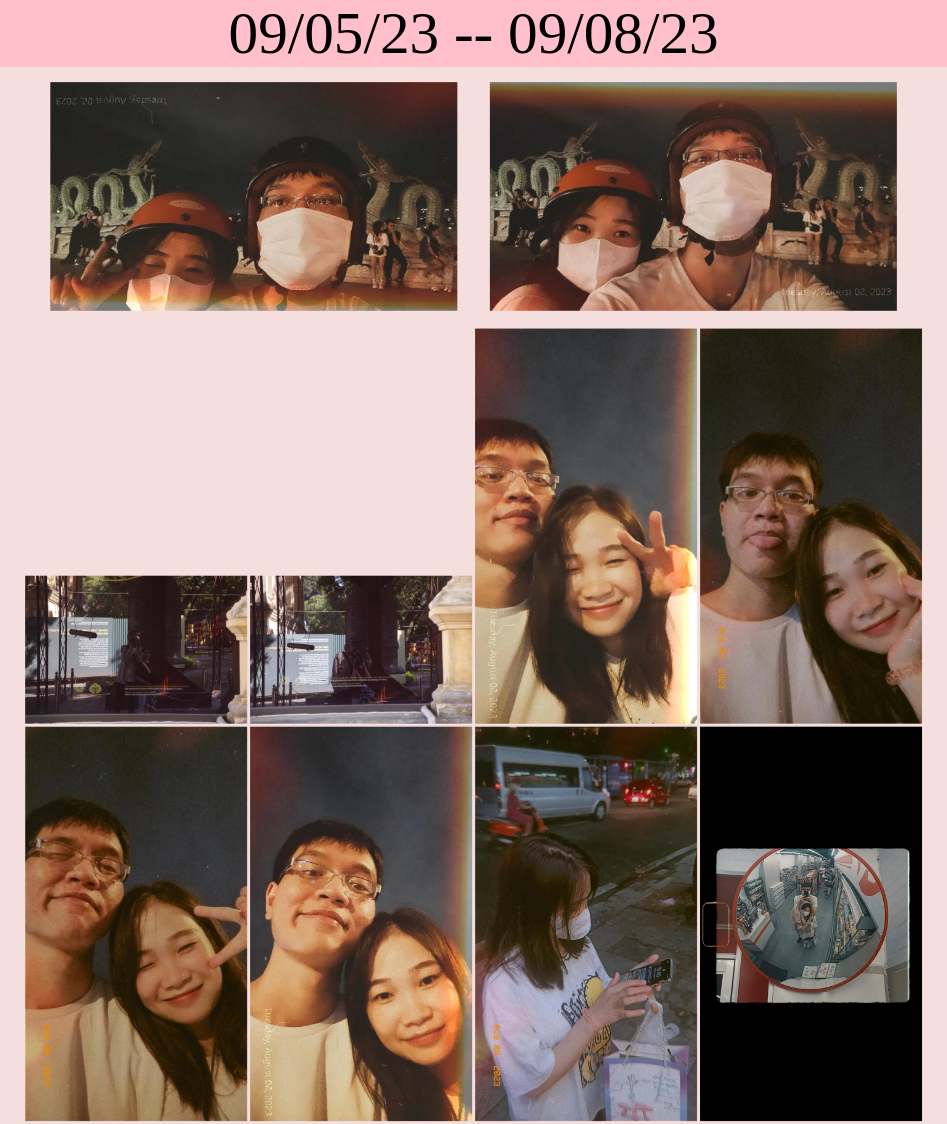
Repository: Hanhanh06/0907
Page: code/0908.html
These files come from the project's save history. The page is drawn as it stood at one moment and after the next save; the edit follows.
The browser window is 1280 px wide. The pictures show the whole page, at 74% of full size.

Above is the page before, as saved 2023-08-17 17:47:25.

After the next save:
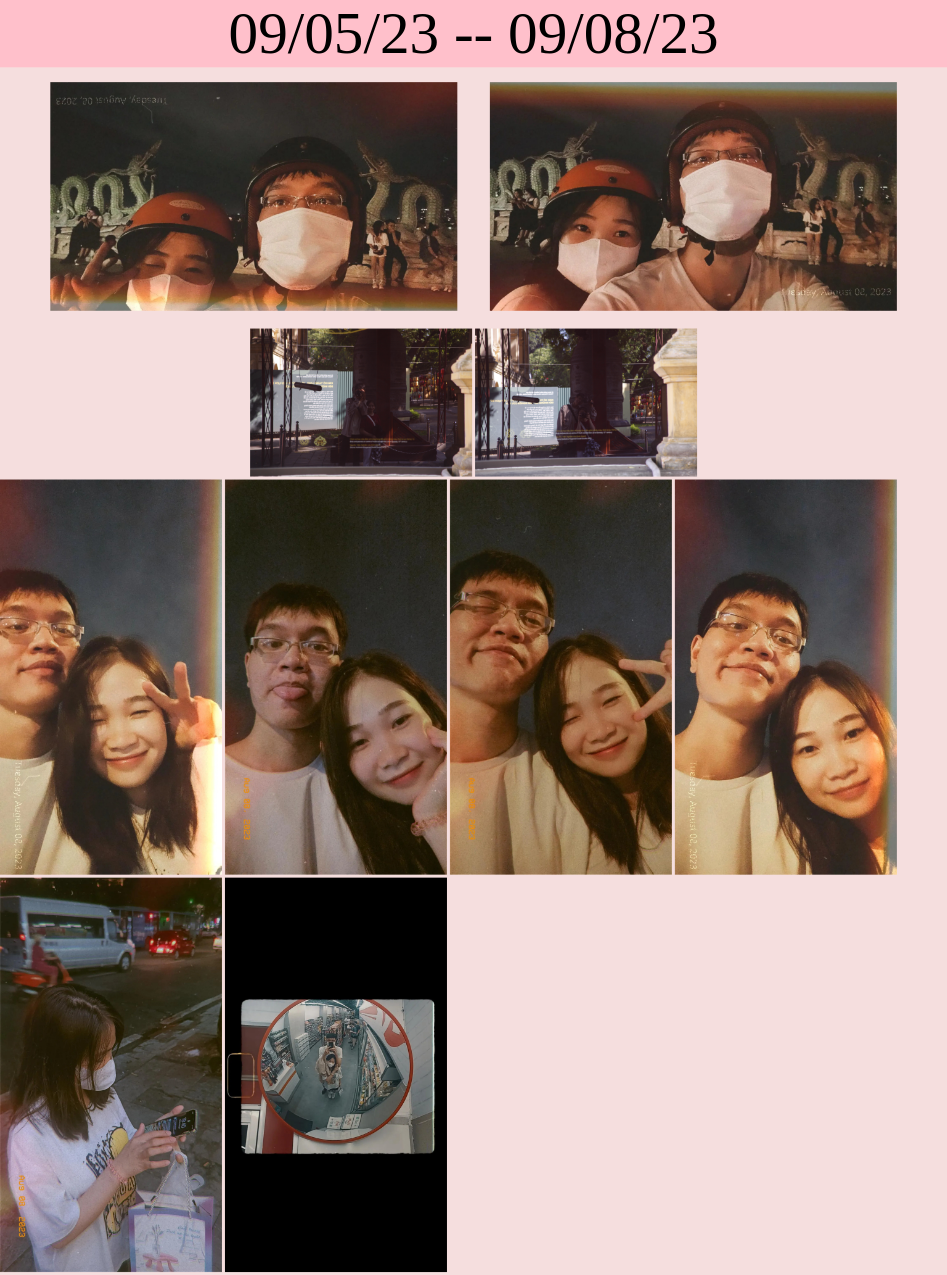
Saved 5 s later.
--- a/code/0908.html
+++ b/code/0908.html
@@ -33,7 +33,8 @@
 
        <img src="014.JPG" alt="Hình ảnh không tồn tại" width="300px" >
        <!-- <p style="color: crimson;font-size: 16px;"> đi Hồ Tây nè! </p> -->
-       <img src="012.JPG" alt="Hình ảnh không tồn tại" width="300px">
+       <img src="012.JPG" alt="Hình ảnh không tồn tại" width="300px"> </center>
+
        <!-- <p style="color: crimson;font-size: 16px;"> đi Hồ Tây nè!</p> -->
        <img src="003.jpg" alt="Hình ảnh không tồn tại" width="300px">
        <!-- <p style="color: crimson;font-size: 16px;">  đi Hồ Tây nè!</p> -->
